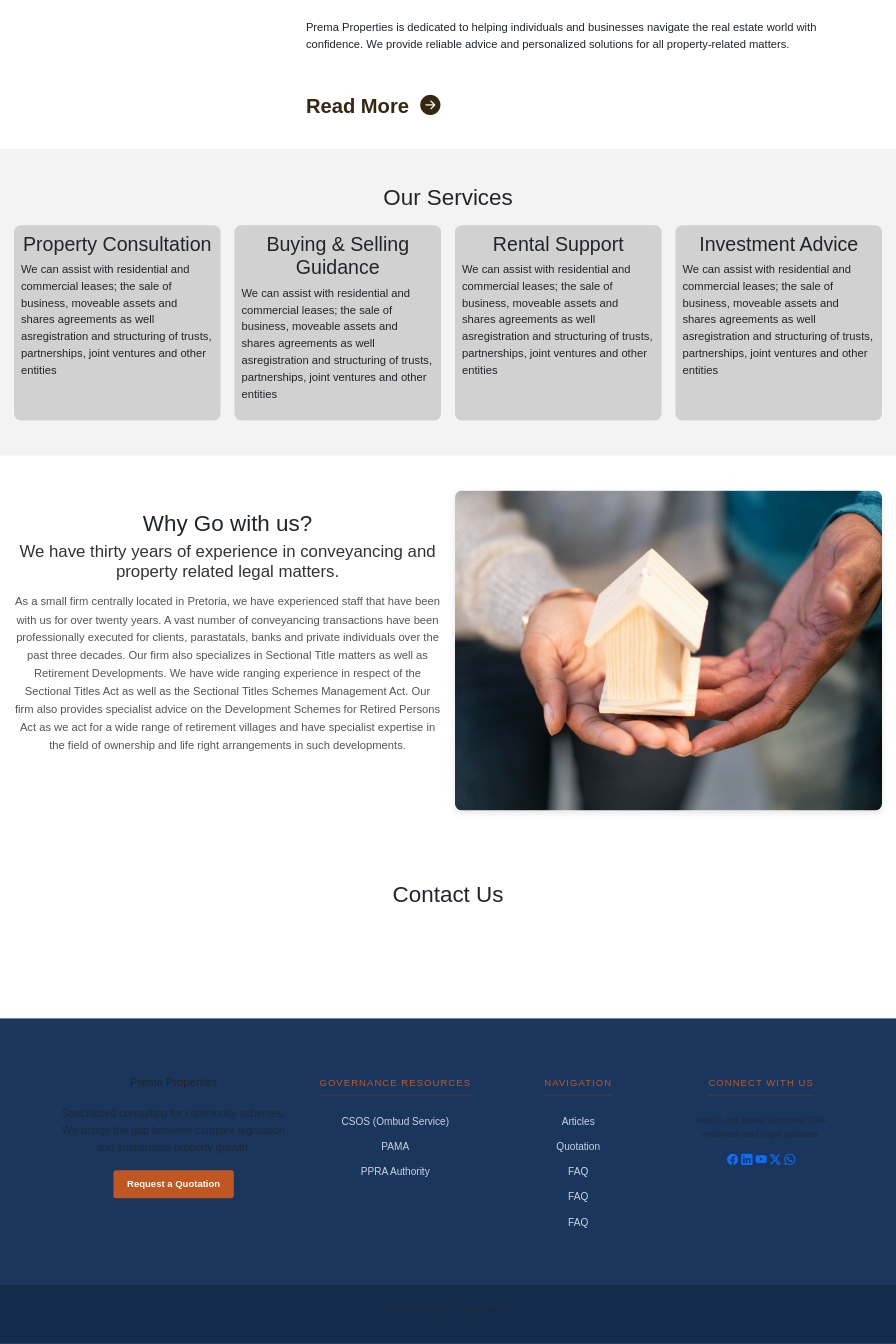
Repository: mnqobiMenzi/Prema-Properties
Page: index.html
These files come from the project's save history. The page is drawn as it stood at one moment and after the next save; the edit follows.
The browser window is 1280 px wide. The pictures show the part of the page from y = 1267 to 3187 px (the page is 3187 px tall), at 70% of full size.

Above is the page before, as saved 2026-02-10 12:18:22.

### index.html
<!DOCTYPE html>
<html lang="en">
<head>
  <meta charset="UTF-8">
  <meta name="viewport" content="width=device-width, initial-scale=1.0">
  <title>prem Properties</title>
  <link rel="stylesheet" href="CSS/style.css">
  <link rel="stylesheet" href="https://cdn.jsdelivr.net/npm/bootstrap-icons@1.13.1/font/bootstrap-icons.min.css">
  <link href="https://cdn.jsdelivr.net/npm/bootstrap@5.3.8/dist/css/bootstrap.min.css" rel="stylesheet" integrity="..." crossorigin="anonymous">
</head>
<body>

  <!-- Header / Navigation -->
  <header>
    <div class="logo">Prema Properties</div>
    <nav>
      <a href="#home" class="active">Home</a>
      <a href="about-us.html">About</a>
      <a href="contact-us.html">Contact</a>
      <a href="services.html">Services</a>
      <a href="appointment.html">Book an Appointment</a>
      <a href="quote.html">Get a quotation</a>
      <a href="FAQ.html">FAQ</a>
    </nav>
  </header>

  <!-- Hero Section -->
  <section id="home" class="hero">
    <h1>Guiding You Through Every Property Decision</h1>
    <p>Prema Properties assists with property-related questions and offers expert consultation.</p>
    <a href="contact-us.html" class="btn" id="contact">Get in Touch</a>
    <a href="quote.html" class="btn" id="quote">Get a Quote</a>
  </section>

 <!-- About Section -->
  <section id="about" class="about">
    <article class="about-article">
      <h2>Prema Properties</h2>
    </article>
      <article>
        <p>
          Prema Properties is dedicated to helping individuals and businesses navigate the real estate world with confidence. We provide reliable advice and personalized solutions for all property-related matters.
        </p>
        <p>
          Prema Properties is dedicated to helping individuals and businesses navigate the real estate world with confidence. We provide reliable advice and personalized solutions for all property-related matters.
        </p>
        <p>
          Prema Properties is dedicated to helping individuals and businesses navigate the real estate world with confidence. We provide reliable advice and personalized solutions for all property-related matters.
        </p>
        <p>
          Prema Properties is dedicated to helping individuals and businesses navigate the real estate world with confidence. We provide reliable advice and personalized solutions for all property-related matters.
        </p>
        <a href="about-us.html">Read More<span>&nbsp;&nbsp;<i class="bi bi-arrow-right-circle-fill"></i></span></a>
    </article>
  </section>
  <!-- Services Section -->
  <section id="services" class="services">
    <h2>Our Services</h2>
    <div class="service-list">
      <div class="service">
        <h3>Property Consultation</h3>
        <div class="service-description">
          <p>We can assist with residential and commercial leases; the sale of business, moveable assets and shares agreements as well asregistration and structuring of trusts, partnerships, joint ventures and other entities</p>
        </div>
      </div>
      <div class="service">
        <h3>Buying & Selling Guidance</h3>
        <div class="service-description">
          <p>We can assist with residential and commercial leases; the sale of business, moveable assets and shares agreements as well asregistration and structuring of trusts, partnerships, joint ventures and other entities</p>
        </div>
      </div>
      <div class="service">
        <h3>Rental Support</h3>
        <div class="service-description">
          <p>We can assist with residential and commercial leases; the sale of business, moveable assets and shares agreements as well asregistration and structuring of trusts, partnerships, joint ventures and other entities</p>
        </div>
      </div>
      <div class="service">
        <h3>Investment Advice</h3>
        <div class="service-description">
          <p>We can assist with residential and commercial leases; the sale of business, moveable assets and shares agreements as well asregistration and structuring of trusts, partnerships, joint ventures and other entities</p>
        </div>
      </div>
    </div>
  </section>

  <section id="why-choose-us" class="choose-content">
    <article class="choose-text">
      <div class="choose-title">
        <h2>Why Go with us?</h2>
      </div>
      <h3>We have thirty years of experience in conveyancing and property related legal matters.</h3>
        <p>As a small firm centrally located in Pretoria, we have experienced staff that have been with us for over twenty years. A vast number of conveyancing transactions have been professionally executed for clients, parastatals, banks and private individuals over the past three decades.
          Our firm also specializes in Sectional Title matters as well as Retirement Developments.
          We have wide ranging experience in respect of the Sectional Titles Act as well as the Sectional Titles Schemes Management Act. Our firm also provides specialist advice on the Development Schemes for Retired Persons Act as we act for a wide range of retirement villages and have specialist expertise in the field of ownership and life right arrangements in such developments.
        </p>
        </article>
        <article class="choose-image">
          <img src="images/pexels-kindelmedia-7579138.jpg" alt="Why Choose Us?">
        </article>
  </section>

  <!-- Contact Section -->
  <section id="contact-us" class="contact">
    <h2>Contact Us</h2>
  </section>
  <!-- Footer -->
  <div id="footer-placeholder"></div>
  <script src="JavaScript/script.js"></script>
  </body>
</html>

### CSS/style.css
* {
  margin: 0;
  padding: 0;
  box-sizing: border-box;
  font-family: Arial, sans-serif;
}

.my-custom-icon {
    font-size: 24px;
    color: #0c4a6e;
}
body {
  line-height: 1.6;
  color: #333;
}

/* Header */
header {
  position: sticky;
  top: 0;
  display: flex;
  justify-content: space-between;
  align-items: center;
  padding: 15px 30px;
  background: #004466;
  color: #fff;
  z-index: 1000;
}
header .logo {
  font-size: 1.5em;
  font-weight: 700;
  font-family: 'Poppins', sans-serif;
  color: #fff;
  letter-spacing: 1px;
  display: flex;
  align-items: center;
}
header nav a {
  margin: 0 10px;
  color: #fff;
  padding: 8px 15px;
  border-radius: 5px;
  text-decoration: none;
  font-weight: 500;
  font-family: 'Poppins', sans-serif;
  transition: color 0.3s ease, border-bottom 0.3s ease;
}

header nav a:hover {
  color: #fff;
  background: rgba(128, 128, 128, 0.3);
  padding-bottom: 3px;
}
/* Active link */
header nav a.active {
  background: rgba(128, 128, 128, 0.3);
  font-weight: bold;
  color: rgb(223, 223, 71);
}
/* Hero */
.hero {
  background-image: url('C:/Users/21311/OneDrive/Desktop/Prema Properties/images/Sectional-Title-Disputes.jpg');
  background-repeat: no-repeat;
  background-size: cover;
  height: 120vh;
  width: 100%;
  background-color: #3f607d;
  color: white;
  text-align: center;
  padding: 85mm 20px;
  position: relative;
}
/* Optional: overlay for better text readability */
.hero::before {
  content: "";
  position: absolute;
  top: 0;
  left: 0;
  width: 100%;
  height: 100%;
  background: rgba(0,0,0,0.4); /* dark overlay */
  z-index: 1;
}

.hero h1, .hero p, .hero .btn {
  position: relative;
  z-index: 2; /* ensure text is above overlay */
}

.hero h1 {
  font-size: 2.5em;
}
.hero .btn {
  display: inline-block;
  margin-top: 20px;
  padding: 10px 20px;
  background: rgb(223, 223, 71);
  color: black;
  border-radius: 5px;
  text-decoration: none;
}

/* Custom color for the "Get in Touch" button */
#contact {
    /* Use a contrasting color for the primary CTA */
    /*background: #f7b731; /* A distinct gold/yellow color */
    color: #1a1a1a;      /* Ensure text is dark and readable */
}

/* Custom color for the "Get a Quote" button */
#quote {
    /* Use your brand's dark blue/teal color */
    background: #0c4a6e; /* A deep blue color */
    color: white;        /* White text for contrast */
}

.hero .btn {
  display: inline-block;
  margin-top: 20px;
  padding: 10px 20px;
  background: rgb(223, 223, 71);
  color: black;
  border-radius: 5px;
  text-decoration: none;
}

/* Optional: Custom hover effect for the 'Get a Quote' button */
#quote:hover {
    background:  rgba(128, 128, 128, 0.3); /* Darken the blue slightly on hover */
}
/* Sections */
section {
  padding: 50px 20px;
  text-align: center;
}

.services{
  background-color: rgba(219, 214, 214, 0.3);
}
.services .service-list{
    display: grid;
    justify-content: center;
    grid-template-columns: repeat(auto-fit, minmax(200px, 1fr));
    gap: 20px;
    margin-top: 20px;
}

.service {
  background-color: rgba(128, 128, 128, 0.3);
  padding: 10px 10px;
  border-radius: 10px;
  height: 100%;
  width: 100%;
  text-align: center;
}

.service .service-description{
  text-align: left;
}
/* Target the parent section */
.about {
    display: flex;
    justify-content: space-around;
    align-items: flex-start;
    padding: 40px 60px;
    margin-top: 10px;
}

.about article:first-child {
    width: 25%;
    text-align: left;
}

.about article:last-child {
    width: 65%;
    text-align: left;
}

.about-article h2{
  font-weight: bolder;
  font-size: 2.2rem;
}

section article p{
  padding-bottom: 10mm;
}

section article a{
  text-decoration: none;
  color: #352812;
  font-weight: bolder;
  font-size: 1.8rem;
}

/* Contact */
.contact form {
  display: flex;
  flex-direction: column;
  max-width: 400px;
  margin: auto;
}

.contact input, .contact textarea {
  margin-bottom: 15px;
  padding: 10px;
  border: 1px solid #ddd;
  border-radius: 5px;
}

.contact button {
  padding: 10px;
  border: none;
  background: #004466;
  color: white;
  cursor: pointer;
  border-radius: 5px;
}


.choose-content {
  display: flex;              /* Makes text + image side by side */
  align-items: center;        /* Aligns them vertically */
  justify-content: space-between;
  gap: 20px;                  /* Space between text and image */
}

.choose-text {
  flex: 1;                    /* Take available space */
  max-width: 50%;             /* Text side only half width */
}

.choose-text h3 {
  font-size: 1.5rem;
  margin-bottom: 15px;
  color: #333;
}

.choose-text p {
  line-height: 1.6;
  color: #555;
  text-align
}

.choose-image {
  flex: 1;
  max-width: 50%;             /* Image takes half width */
}

.choose-image img {
  width: 100%;
  height: auto;
  border-radius: 10px;        /* Rounded corners for style */
  box-shadow: 0 4px 10px rgba(0,0,0,0.1); /* Subtle shadow */
}
.contact button:hover {
  background: #00334d;
}



/*About Page*/
/* Color Palette */
:root {
  --primary: #1a365d; /* Professional Navy */
  --secondary: #c05621; /* Earthy accent for trust */
  --light-bg: #f7fafc;
  --text-dark: #2d3748;
}

/* Header/Nav Updates */
header {
  display: flex;
  justify-content: space-between;
  align-items: center;
  padding: 20px 5%;
  /* background: white; */
  box-shadow: 0 2px 5px rgba(0,0,0,0.1);
}

nav a {
  margin-left: 20px;
  text-decoration: none;
  color: var(--text-dark);
  font-weight: 500;
}

nav a.active { color: var(--secondary); border-bottom: 2px solid var(--secondary); }

/* About Page Layout */
.about-container {
  padding: 60px 5%;
  color: var(--text-dark);
}

.about-hero {
  text-align: center;
  padding-bottom: 50px;
}

.about-hero h1 { font-size: 2.5rem; color: var(--primary); }

.lead { font-size: 1.2rem; color: #718096; max-width: 700px; margin: 10px auto; }

/* Values Grid */
.values-grid {
  display: grid;
  grid-template-columns: repeat(auto-fit, minmax(280px, 1fr));
  gap: 30px;
  margin-top: 50px;
}

.value-item {
  background: white;
  padding: 40px;
  border-radius: 12px;
  border-bottom: 4px solid var(--primary);
  box-shadow: 0 10px 15px -3px rgba(0,0,0,0.1);
  text-align: center;
}

.value-item .icon { font-size: 2.5rem; display: block; margin-bottom: 15px; }

.value-item h3 { color: var(--primary); margin-bottom: 10px; }

/* --- Director Section --- */

.director-section {
  padding: 80px 5%;
  background-color: #ffffff; /* Contrast against the light-bg used elsewhere */
}

.director-container {
  display: flex;
  align-items: center;
  justify-content: center;
  gap: 60px;
  max-width: 1100px;
  margin: 0 auto;
}

.director-image {
  flex: 1;
  max-width: 400px;
}

.director-image img {
  width: 100%;
  height: auto;
  border-radius: 8px;
  /* Using your primary color for a sophisticated shadow effect */
  box-shadow: 20px 20px 0px var(--light-bg), 21px 21px 0px var(--primary);
}

.director-info {
  flex: 1.5;
}

.director-info .label {
  color: var(--secondary);
  text-transform: uppercase;
  font-weight: 700;
  font-size: 0.85rem;
  letter-spacing: 1.5px;
  display: block;
  margin-bottom: 10px;
}

.director-info h2 {
  font-size: 2.5rem;
  color: var(--primary);
  margin: 0 0 5px 0;
}

.credentials {
  font-size: 1.1rem;
  color: #4a5568;
  font-weight: 600;
  margin-bottom: 20px;
}

.director-info p {
  margin-bottom: 15px;
  line-height: 1.8;
  color: var(--text-dark);
}

.director-social {
  margin-top: 25px;
}

.linkedin-link {
  display: inline-flex;
  align-items: center;
  color: var(--primary);
  text-decoration: none;
  font-weight: bold;
  transition: color 0.3s ease;
}

.linkedin-link:hover {
  color: var(--secondary);
}

/* --- Responsive Adjustments --- */

@media (max-width: 992px) {
  .director-container {
    flex-direction: column;
    text-align: center;
    gap: 40px;
  }

  .director-image img {
    box-shadow: 15px 15px 0px var(--light-bg); /* Simplified for mobile */
  }

  .linkedin-link {
    justify-content: center;
  }
}

/* Contact Page Layout */
.contact-page {
  padding: 100px 5%;
}

.contact-wrapper {
  display: grid;
  grid-template-columns: 1fr 1.2fr;
  gap: 80px;
  background: var(--white);
  border-radius: 15px;
}

.contact-info h2 {
  font-size: 2.5rem;
  color: var(--primary);
  margin-bottom: 20px;
}

.info-details {
  margin-top: 40px;
}

.info-item {
  margin-bottom: 25px;
}

.info-item strong {
  display: block;
  color: var(--secondary);
  font-size: 0.9rem;
  text-transform: uppercase;
  margin-bottom: 5px;
}

/* Form Styling */
.contact-form-container {
  background: var(--light-bg);
  padding: 40px;
  border-radius: 12px;
  box-shadow: 0 10px 30px rgba(0,0,0,0.05);
}

.form-group {
  margin-bottom: 20px;
}

input, select, textarea {
  width: 100%;
  padding: 15px;
  border: 1px solid #dddddd;
  border-radius: 5px;
  font-family: inherit;
  font-size: 1rem;
  transition: var(--transition);
}

input:focus, select:focus, textarea:focus {
  outline: none;
  border-color: var(--primary);
  box-shadow: 0 0 0 3px rgba(26, 54, 93, 0.1);
}

.submit-btn {
  width: 100%;
  background: var(--primary);
  color: white;
  padding: 15px;
  border: none;
  border-radius: 5px;
  font-weight: 700;
  text-transform: uppercase;
  cursor: pointer;
  transition: var(--transition);
}

.submit-btn:hover {
  background: var(--secondary);
  transform: translateY(-2px);
}

/* Mobile Responsive */
@media (max-width: 992px) {
  .contact-wrapper {
    grid-template-columns: 1fr;
    gap: 50px;
  }
}

/* Services Page Layout */
.services-page {
  padding: 80px 5%;
}

.services-intro {
  text-align: center;
  margin-bottom: 60px;
}

.services-intro h2 {
  font-size: 2.5rem;
  color: var(--primary);
  margin-top: 10px;
}

/* Service Grid */
.service-grid {
  display: grid;
  grid-template-columns: repeat(auto-fit, minmax(280px, 1fr));
  gap: 30px;
}

.service-card {
  background: var(--white);
  padding: 40px;
  border-radius: 12px;
  border: 1px solid #e2e8f0;
  transition: var(--transition);
  display: flex;
  flex-direction: column;
}

.service-card:hover {
  transform: translateY(-10px);
  border-color: var(--secondary);
  box-shadow: 0 20px 25px -5px rgba(0, 0, 0, 0.1);
}

.service-icon {
  font-size: 2.5rem;
  margin-bottom: 20px;
}

.service-card h3 {
  color: var(--primary);
  margin-bottom: 15px;
  font-size: 1.4rem;
}

.service-card p {
  color: #4a5568;
  font-size: 0.95rem;
  margin-bottom: 20px;
  flex-grow: 1;
}

.service-features {
  list-style: none;
  padding: 0;
  border-top: 1px solid #edf2f7;
  padding-top: 15px;
}

.service-features li {
  font-size: 0.85rem;
  color: var(--text-dark);
  margin-bottom: 8px;
  font-weight: 600;
  display: flex;
  align-items: center;
}

.service-features li::before {
  content: "✓";
  color: var(--secondary);
  margin-right: 10px;
  font-weight: bold;
}

/* Appointment Specifics */
.appointment-grid {
  display: grid;
  grid-template-columns: 1fr 1.5fr;
  gap: 60px;
  padding: 80px 0;
}

.appointment-info h2 {
  font-size: 2.8rem;
  color: var(--primary);
  margin-bottom: 20px;
}

.meeting-types {
  margin-top: 30px;
}

.m-type {
  padding: 15px;
  background: var(--light-bg);
  border-left: 4px solid var(--secondary);
  margin-bottom: 15px;
  border-radius: 0 8px 8px 0;
}

.m-type strong {
  display: block;
  color: var(--primary);
}

.m-type span {
  font-size: 0.85rem;
  color: #666;
}

/* Booking Card */
.booking-card {
  background: white;
  padding: 40px;
  border-radius: 15px;
  box-shadow: 0 15px 35px rgba(0,0,0,0.1);
}

.form-row {
  display: flex;
  gap: 20px;
  margin-bottom: 20px;
}

.form-row input {
  flex: 1;
}

label {
  display: block;
  font-weight: 700;
  margin-bottom: 8px;
  font-size: 0.9rem;
  color: var(--primary);
}

/* Responsive */
@media (max-width: 850px) {
  .appointment-grid {
    grid-template-columns: 1fr;
  }
}

/* Quote Page Styles */
.quote-header {
  text-align: center;
  padding: 60px 0 40px;
}

.quote-header h1 {
  color: var(--primary);
  font-size: 2.5rem;
}

.quote-container {
  max-width: 800px;
  margin: 0 auto;
  background: var(--white);
  padding: 40px;
  border-radius: 12px;
  box-shadow: 0 10px 40px rgba(0,0,0,0.05);
  border-top: 6px solid var(--secondary);
}

.form-section {
  margin-bottom: 40px;
}

.form-section h3 {
  color: var(--primary);
  border-bottom: 1px solid #eee;
  padding-bottom: 10px;
  margin-bottom: 20px;
  font-size: 1.2rem;
}

.form-hint {
  font-size: 0.9rem;
  margin-bottom: 15px;
  color: #666;
}

/* Checkbox Grid */
.checkbox-grid {
  display: grid;
  grid-template-columns: 1fr 1fr;
  gap: 15px;
  margin-bottom: 20px;
}

.checkbox-grid label {
  display: flex;
  align-items: center;
  gap: 10px;
  font-weight: normal;
  cursor: pointer;
  background: var(--light-bg);
  padding: 10px;
  border-radius: 5px;
  transition: var(--transition);
}

.checkbox-grid label:hover {
  background: #edf2f7;
}

.checkbox-grid input[type="checkbox"] {
  width: auto;
  margin: 0;
}

/* FAQ Specific Styles */
.faq-header {
  text-align: center;
  padding: 60px 0 40px;
}

.faq-container {
  max-width: 800px;
  margin: 0 auto 100px;
}

.faq-item {
  border-bottom: 1px solid #e2e8f0;
  margin-bottom: 10px;
}

.faq-question {
  width: 100%;
  padding: 20px;
  background: none;
  border: none;
  display: flex;
  justify-content: space-between;
  align-items: center;
  text-align: left;
  font-size: 1.15rem;
  font-weight: 600;
  color: var(--primary);
  cursor: pointer;
  transition: var(--transition);
}

.faq-question:hover {
  color: var(--secondary);
}

.faq-question span {
  font-size: 1.5rem;
  color: var(--secondary);
  transition: transform 0.3s ease;
}

.faq-answer {
  max-height: 0;
  overflow: hidden;
  transition: max-height 0.3s ease-out;
  padding: 0 20px;
}

.faq-answer p {
  padding-bottom: 20px;
  color: #4a5568;
  line-height: 1.8;
}

/* State when active */
.faq-item.active .faq-answer {
  max-height: 300px; /* Adjust based on content length */
}

.faq-item.active .faq-question span {
  transform: rotate(45deg); /* Turns + into x or - */
}

/* Articles Page Styling */
.articles-header {
  padding: 60px 0;
  text-align: center;
}

.category-tag {
  background: var(--secondary);
  color: white;
  padding: 5px 12px;
  font-size: 0.75rem;
  font-weight: bold;
  text-transform: uppercase;
  border-radius: 4px;
  display: inline-block;
  margin-bottom: 15px;
}

/* Featured Post */
.featured-post {
  background: var(--primary);
  color: white;
  padding: 60px;
  border-radius: 12px;
  margin-bottom: 60px;
  position: relative;
  overflow: hidden;
}

.featured-post h2 {
  font-size: 2.2rem;
  margin-bottom: 15px;
}

.featured-post p {
  max-width: 600px;
  opacity: 0.9;
  margin-bottom: 25px;
}

.read-more {
  color: var(--secondary);
  font-weight: bold;
  text-decoration: none;
}

/* Grid Styling */
.articles-grid {
  display: grid;
  grid-template-columns: repeat(auto-fit, minmax(300px, 1fr));
  gap: 30px;
  margin-bottom: 80px;
}

.post-card {
  background: var(--light-bg);
  padding: 30px;
  border-radius: 8px;
  transition: var(--transition);
}

.post-card:hover {
  background: white;
  box-shadow: 0 10px 20px rgba(0,0,0,0.1);
  transform: translateY(-5px);
}

.post-card h3 {
  color: var(--primary);
  margin-bottom: 10px;
}

.post-card a {
  display: inline-block;
  margin-top: 15px;
  color: var(--primary);
  font-weight: bold;
  text-decoration: none;
  font-size: 0.9rem;
}

/* Footer */
footer {
  background: var(--primary);
  color: white;
  text-align: center;
  padding: 30px;
  margin-top: 50px;
}

/* Footer */
/* --- Professional Resource Footer --- */
.main-footer {
  background-color: var(--primary); /* Professional Navy */
  color: var(--white);
  padding: 80px 0 0 0;
  margin-top: 100px;
}

.footer-grid {
  display: grid;
  grid-template-columns: 1.5fr 1fr 1fr 1fr; /* First column wider for brand info */
  gap: 40px;
  padding-bottom: 60px;
}

.footer-column h4 {
  color: var(--secondary); /* Earthy Orange */
  text-transform: uppercase;
  font-size: 0.85rem;
  letter-spacing: 1.5px;
  margin-bottom: 25px;
  border-bottom: 1px solid rgba(192, 86, 33, 0.3); /* Subtle orange underline */
  padding-bottom: 8px;
  display: inline-block;
}

.footer-column ul {
  list-style: none;
  padding: 0;
}

.footer-column ul li {
  margin-bottom: 12px;
}

.footer-column ul li a {
  color: #cbd5e0; /* Softer white for links */
  text-decoration: none;
  font-size: 0.9rem;
  transition: var(--transition);
}

.footer-column ul li a:hover {
  color: var(--white);
  padding-left: 5px; /* Subtle movement on hover */
}

/* Brand Column Specifics */
.brand-info p {
  font-size: 0.95rem;
  opacity: 0.8;
  margin: 20px 0;
  line-height: 1.6;
}

.footer-cta-btn {
  display: inline-block;
  background: var(--secondary);
  color: white;
  padding: 10px 20px;
  border-radius: 4px;
  text-decoration: none;
  font-weight: bold;
  font-size: 0.85rem;
  transition: var(--transition);
}

.footer-cta-btn:hover {
  background: var(--white);
  color: var(--primary);
}

/* Footer Bottom Bar */
.footer-bottom {
  background: rgba(0, 0, 0, 0.2);
  padding: 25px 0;
  text-align: center;
  border-top: 1px solid rgba(255, 255, 255, 0.1);
}

.footer-bottom p {
  font-size: 0.8rem;
  opacity: 0.5;
}

/* --- Mobile View --- */
@media (max-width: 992px) {
  .footer-grid {
    grid-template-columns: 1fr 1fr;
    gap: 50px;
  }
}

@media (max-width: 600px) {
  .footer-grid {
    grid-template-columns: 1fr;
    text-align: center;
  }
}

Loaded but not shown: JavaScript/script.js (19 lines, source omitted); footer.html (55 lines, source omitted)

After the next save:
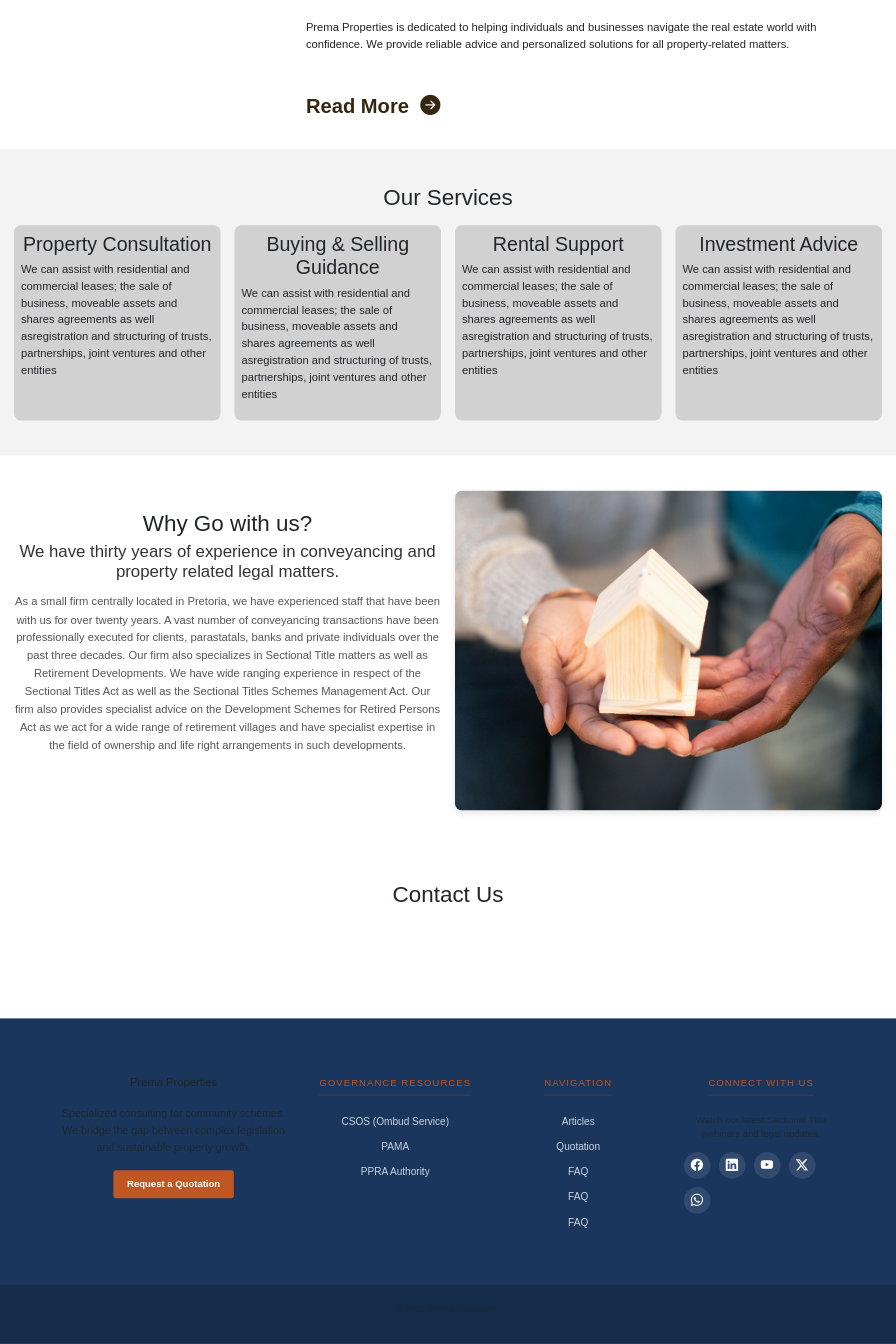
Saved 60 s later.
--- a/CSS/style.css
+++ b/CSS/style.css
@@ -979,3 +979,36 @@ footer {
     text-align: center;
   }
 }
+
+/* --- Social Media Icon Styling --- */
+.social-icons {
+  display: flex;
+  flex-wrap: wrap; /* Ensures icons stack nicely on very small screens */
+  gap: 12px;
+  margin-top: 10px;
+}
+
+.social-icons a {
+  display: flex;
+  align-items: center;
+  justify-content: center;
+  width: 38px;
+  height: 38px;
+  background-color: rgba(255, 255, 255, 0.1);
+  color: #ffffff !important;
+  border-radius: 50%;
+  text-decoration: none;
+  font-size: 1.1rem;
+  transition: all 0.3s cubic-bezier(0.175, 0.885, 0.32, 1.275); /* Smooth pop effect */
+}
+
+.social-icons a:hover {
+  background-color: var(--secondary);
+  transform: translateY(-4px);
+  color: #fff !important;
+}
+
+/* Optional: Specific YouTube Brand Color on Hover */
+.social-icons a[title="YouTube"]:hover {
+  background-color: #FF0000;
+}
